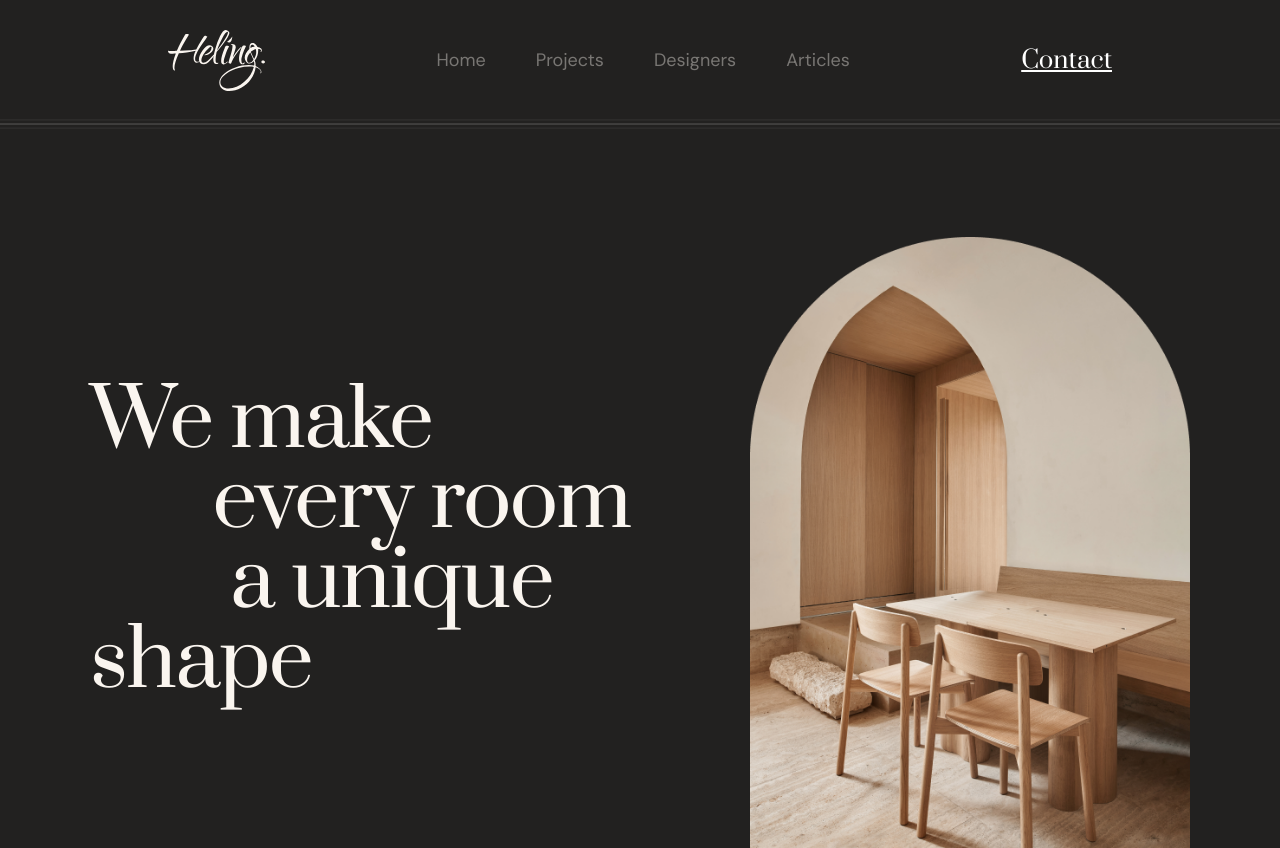
Repository: vandangnhathung/healingui_website
Page: /
These files come from the project's save history. The page is drawn as it stood at one moment and after a run of saves; the edit follows.
The browser window is 1280 px wide. The pictures show the whole page.
The project was rebuilt for these pictures with package versions that can differ from the ones it lists, and the page was loaded fresh each time.

Above is the page before, as saved 2022-03-16 13:21:54.

After the next 2 saves:
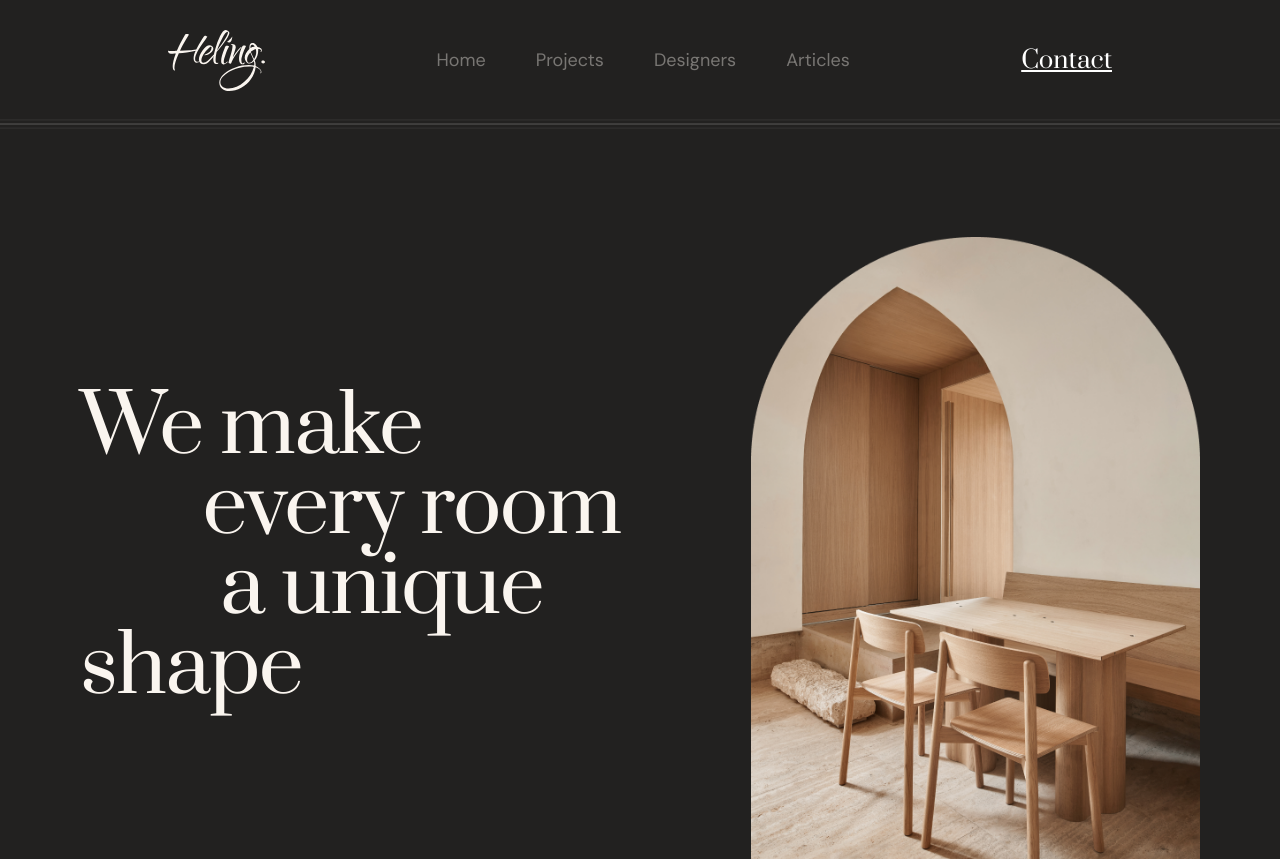
The 2 saves are shown as one change because they came seconds apart.
The last was saved 14 s later.
--- a/src/components/Container/Container.js
+++ b/src/components/Container/Container.js
@@ -9,7 +9,7 @@ const Container = () => {
     @import url("https://fonts.googleapis.com/css2?family=Prata&display=swap");
   `;
   const Container = styled.div`
-    padding: 108px 90px 0;
+    padding: 108px 80px 0;
     display: flex;
     align-items: center;
     justify-content: space-between;
